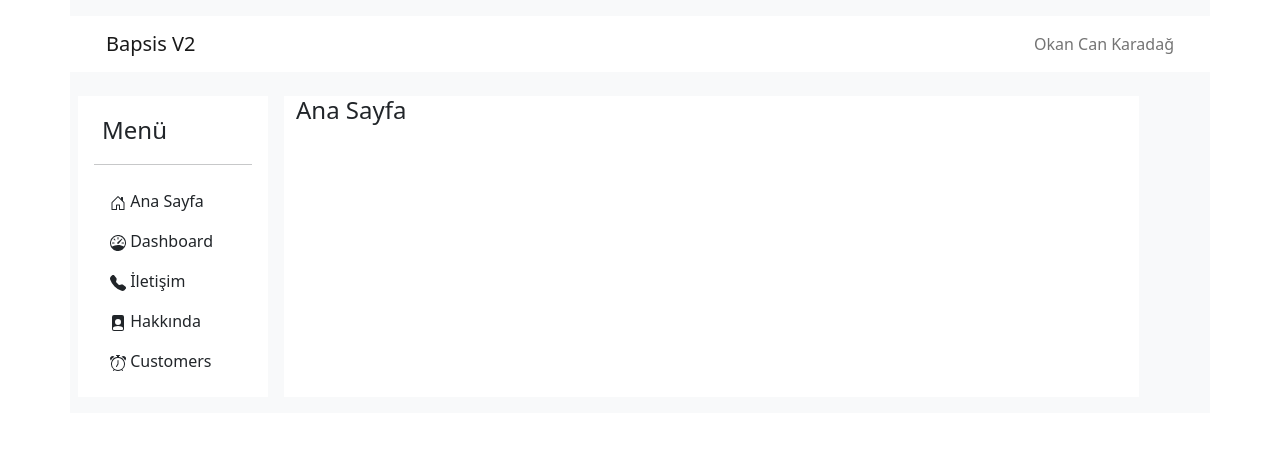
Repository: okankrdg/ReactCoreTemplate
Page: / (app in ReactCoreTemplate/client/)
The author's editor kept a copy of each file at every save. The page is drawn from the files as they stood at one save, then again after the next save.
The browser window is 1280 px wide. The pictures show the whole page.
The project was rebuilt for these pictures with package versions that can differ from the ones it lists, and the page was loaded fresh each time. Also part of the build but not shown: ReactCoreTemplate/client/src/App.css.

Above is the page before, as saved 2021-09-06 23:25:14.

### ReactCoreTemplate/client/src/App.js
import "./App.css";
import Layout from "./components/Layout";
import { Route, Switch } from "react-router-dom";
import { About, Dashboard, Home, Contact } from "./Pages/NavLinkComps";
function App() {
  return (
    <Layout>
      <div className="col-md-9 bg-white mx-2">
        <Switch>
          <Route path="/about">
            <About />
          </Route>
          <Route path="/dashboard">
            <Dashboard />
          </Route>
          <Route exact path="/">
            <Home />
          </Route>
          <Route path="/contact">
            <Contact />
          </Route>
        </Switch>
      </div>
    </Layout>
  );
}

export default App;

### ReactCoreTemplate/client/src/components/Layout.js
import Header from "./Header";
import NavigationMenu from "./NavigationMenu";
import "../dist/bootstrap/bootstrap.min.css";
const Layout = ({ children }) => {
  return (
    <div className="container">
      <div className="row py-3" style={{ backgroundColor: "#f8f9fa" }}>
        <Header />
        <NavigationMenu />
        {children}
      </div>
    </div>
  );
};
export default Layout;

### ReactCoreTemplate/client/src/Pages/NavLinkComps.js
const Home = () => {
  return <h4>Ana Sayfa</h4>;
};
const Dashboard = () => {
  return <h4>Dashboard</h4>;
};
const About = () => {
  return <h4>Hakkında</h4>;
};
const Contact = () => {
  return <h4>İletişim</h4>;
};
export { Home, Dashboard, About, Contact };

### ReactCoreTemplate/client/src/components/Header.js
import { Navbar, Container } from "react-bootstrap";
const Header = () => {
  return (
    <Navbar className="mb-4 bg-white">
      <Container fluid>
        <Navbar.Brand href="#home">Bapsis V2</Navbar.Brand>
        <Navbar.Toggle />
        <Navbar.Collapse className="justify-content-end">
          <Navbar.Text>Okan Can Karadağ</Navbar.Text>
        </Navbar.Collapse>
      </Container>
    </Navbar>
  );
};
export default Header;

### ReactCoreTemplate/client/src/components/NavigationMenu.js
import * as Icon from "react-bootstrap-icons";
import { Link } from "react-router-dom";
const NavigationMenu = () => {
  return (
    <div className="d-flex flex-column p-3 bg-white mx-2 col-md-2">
      <a
        href="/"
        className="d-flex align-items-center mx-2 link-dark text-decoration-none"
      >
        <span className="fs-4">Menü</span>
      </a>
      <hr></hr>
      <ul className="nav nav-pills flex-column mb-auto">
        <li className="nav-item">
          <Link to="/" className="text-decoration-none">
            <button className="nav-link link-dark">
              <Icon.HouseDoor /> Ana Sayfa
            </button>
          </Link>
        </li>
        <li>
          <Link to="/dashboard" className="text-decoration-none">
            <button className="nav-link link-dark">
              <Icon.Speedometer /> Dashboard
            </button>
          </Link>
        </li>
        <li>
          <Link to="/contact" className="text-decoration-none">
            <button className="nav-link link-dark">
              <Icon.TelephoneFill /> İletişim
            </button>
          </Link>
        </li>
        <li>
          <Link to="/about" className="text-decoration-none">
            <button className="nav-link link-dark">
              <Icon.FilePersonFill /> Hakkında
            </button>
          </Link>
        </li>
        <li>
          <Link to="/" className="text-decoration-none">
            <button className="nav-link link-dark">
              <Icon.Alarm /> Customers
            </button>
          </Link>
        </li>
      </ul>
    </div>
  );
};
export default NavigationMenu;

Loaded but not shown: ReactCoreTemplate/client/public/index.html (common file); ReactCoreTemplate/client/src/index.js (common file); ReactCoreTemplate/client/src/index.css (common file); ReactCoreTemplate/client/src/dist/bootstrap/bootstrap.min.css (library); ReactCoreTemplate/client/src/App.css (no copy from this time; the picture is the same without it)

After the next save:
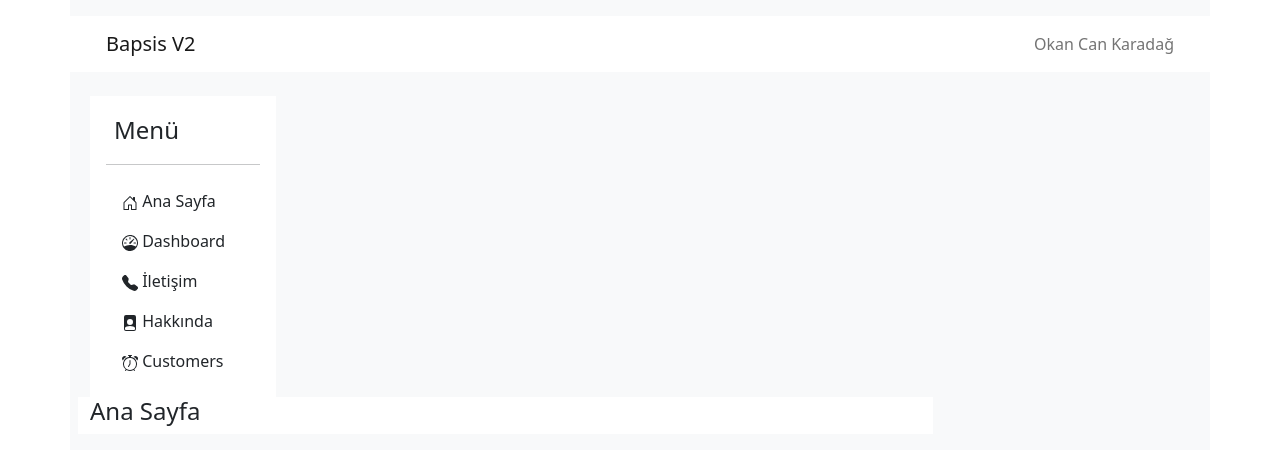
Saved 45 s later.
--- a/ReactCoreTemplate/client/src/components/Layout.js
+++ b/ReactCoreTemplate/client/src/components/Layout.js
@@ -6,7 +6,9 @@ const Layout = ({ children }) => {
     <div className="container">
       <div className="row py-3" style={{ backgroundColor: "#f8f9fa" }}>
         <Header />
-        <NavigationMenu />
+        <div className="">
+          <NavigationMenu />
+        </div>
         {children}
       </div>
     </div>
